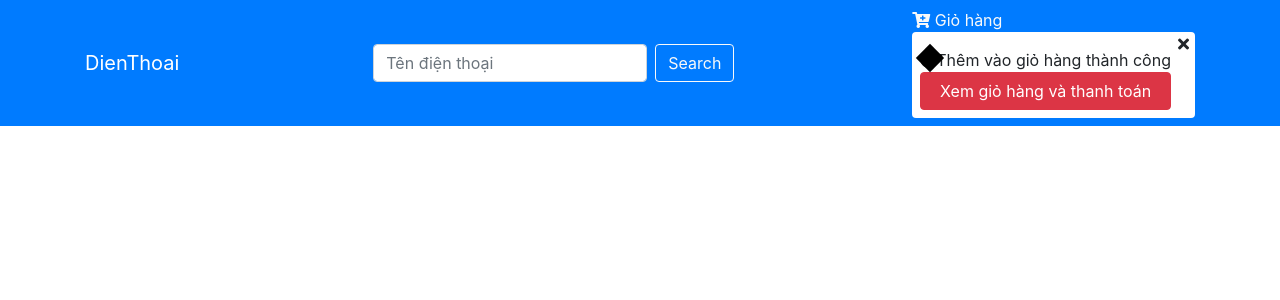
Repository: dovanthao2404/BC14_Bai_Tap_Ban_Dien_Thoai_dovanthao
Page: app/views/index.html
The author's editor kept a copy of each file at every save. The page is drawn from the files as they stood at one save, then again after the next save.
The browser window is 1280 px wide. The pictures show the whole page.
Some web libraries are served in a nearby version. The style sheet was rebuilt from its Sass, Less or Tailwind sources for each picture, by a compiler version that may differ from the author's.

Above is the page before, as saved 2021-08-14 16:11:27.
Console error (its wording comes from the project's code and is left out).

After the next save:
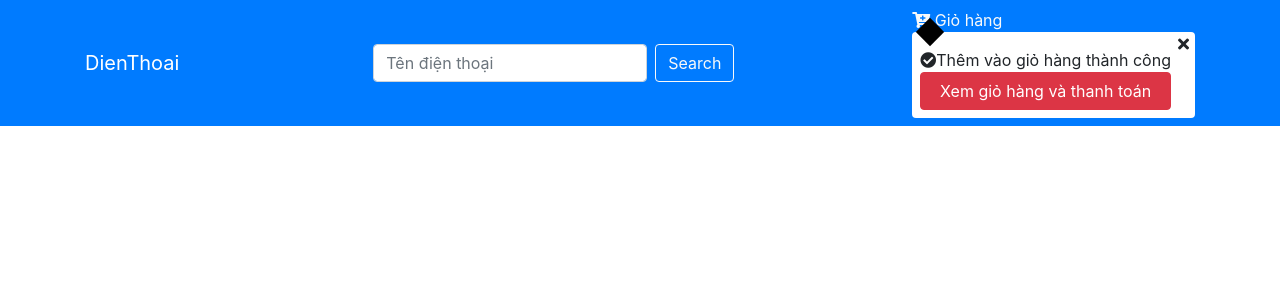
Saved 8 s later.
--- a/assets/scss/main.scss
+++ b/assets/scss/main.scss
@@ -30,6 +30,7 @@
     height: 20px;
     background-color: #000;
     transform: rotate(45deg);
+    top: -10px;
   }
 
   .icon-close {
